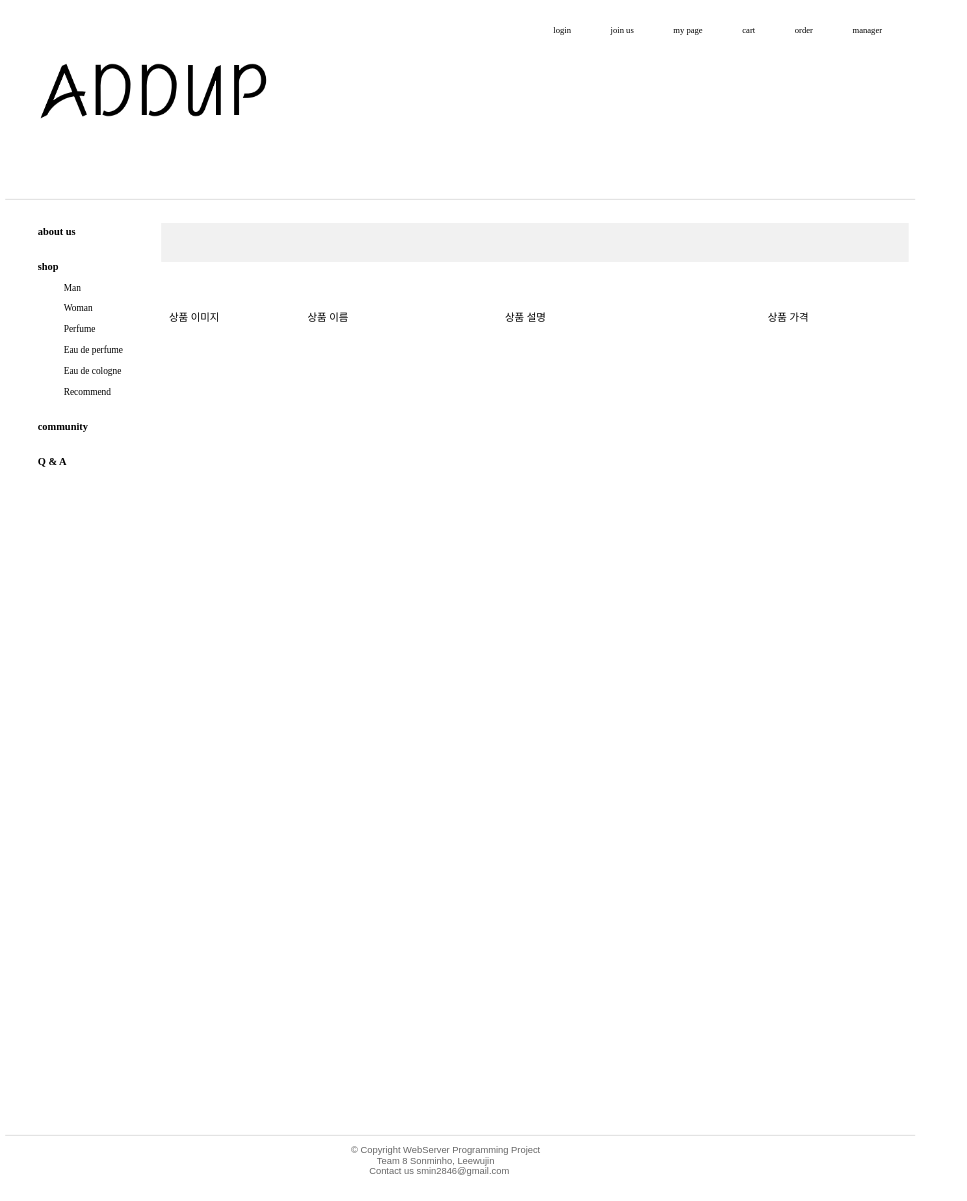
Repository: sonminho/aos
Page: http://localhost/addup_perfume/product_man.jsp
An editor plug-in stored every save of this project. The page is shown before and after the next save, followed by the edit.
The browser window is 1280 px wide. The page is 1488 px wide, so the pictures cover 1488 px, including what lies to the right of the window. The pictures show the whole page, at 65% of full size.
The page is served by Tomcat 9. Other server files are loaded and not shown.

Above is the page before, as saved 2017-12-05 10:37:34.

### Webserver/addup_perfume/WebContent/product_man.jsp
<%@ page language="java" contentType="text/html; charset=EUC-KR"
    pageEncoding="UTF-8"%>
<!DOCTYPE html PUBLIC "-//W3C//DTD HTML 4.01 Transitional//EN" "http://www.w3.org/TR/html4/loose.dtd">
<html>
<head>
<meta http-equiv="Content-Type" content="text/html; charset=EUC-KR">
<title>Addup 향수</title>
<style>
html, body{
	width:100%;
	height:100%;
}
#wrap{
	width:1400px;
	height:100%;
	margin:0px auto;
}
body > #wrap{
	height:auto;
	min-height:100%;
}
#header{
	position:relative;
	padding-bottom:70px;
	border-bottom:1px solid #cccccc;
}
.logo{
	padding: 32px 0 12px 40px;
}
.logo img{
	margin-top:30px;
}
.topnav{
	position:absolute;
	right:30px;
	top:2px;
}
.topnav dd{
	float:left;
	font-size:12px;
	padding-right:11px;
	margin-right:10px;
}
.topnav dd a{
	color:black;
	font-size:1.1em;
	text-decoration:none;
}
.topnav dd a:hover{
	color:gray;
	text-decoration:underline;
}
#mainnav{
	display:block;
	padding-top:30px;
	padding-left:50px;
	width:200px;
	float:left;
}
#mainnav dl{
	display:block;
	font:'Nanum Gothic', sans-serif;
	margin-top:10px;
	margin-bottom:36px;
}
#mainnav dt{
	color:black;
	font-weight:bold;
	font-size:16px;
}
#mainnav dt a{
	color:black;
	text-decoration:none;
}
#mainnav dt a:hover{
	color:gray;
	text-decoration:line-through;
}
#mainnav dd{
	display:block;
	margin-top:15px;
}
#mainnav dd a{
	color:black;
	font-size:0.9em;
	text-decoration:none;
}
#mainnav dd a:hover{
	color:gray;
	text-decoration:underline;
}
#container{
	width:100%;
	position:relative;
	padding-bottom:440px;
	height:1100px;
	*zoom: 1;

}
#container:after{
	content:'';
	display:block;
	clear:both;
}
#content{
	display:block;
	position:absolute;
	float:right;
	left:150px;
	padding:30px;
}
#footer{
	position:relative;
	margin-top:-101px;
	background-color:#fff;
}
#footer .footerArea{
	border-top: 1px solid #cccccc;
	padding: 0;
	width: 1400px;
	height: 100px;
	margin: 0 auto;
	color: #666;
	font-size: 0.9em;
	*zoom: 1;
}
#footer .footerArea:after{
	content: '';
	display: block;
	clear: both;
}
#footer .copy{
	margin-left:38%;
	font-family: 'Nanum Gothic', sans-serif;
}
#content{
	padding:20px 90px;
	floate:right;
	width:1150px;
}
#content ul{
	padding:30px 50px;
	background: #f1f1f1;
	list-style:none;
}
#product_list{
	width:1200px;
	height:600px;
	margin-top:60px;
}


</style>
</head>
<body>
<div id="wrap">
	<div id="header">
		<h1 class="logo"><a href="index.jsp"><img src="img/logo.png"/></a></h1>
		<dl class="topnav">
			<dd><a href="login.jsp">login</a></dd>
			<dd><a href="#">join us</a></dd>
			<dd><a href="#">my page</a></dd>
			<dd><a href="#">cart</a></dd>
			<dd><a href="#">order</a></dd>
			<dd><a href="manager_login.jsp">manager</a></dd>
		</dl>
	</div> <!-- header -->

	<div id="container">
		<div id="mainnav">
			<dl class="category_about_us">
				<dt><a href="#">about us</a></dt>
			</dl>
			<dl class="category_shop">
				<dt><a href="#">shop</a></dt>
				<dd><a href="#">Man</a></dd>
				<dd><a href="#">Woman</a></dd>
				<dd><a href="#">Perfume</a></dd>
				<dd><a href="#">Eau de perfume</a></dd>
				<dd><a href="#">Eau de cologne</a></dd>
				<dd><a href="#">Recommend</a></dd>
			</dl>
			<dl class="category_community">
				<dt><a href="#">community</a></dt>
			</dl>
			<dl class="category_qna">
				<dt><a href="#">Q & A</a></dt>
			</dl>
		</div> <!-- mainnav -->
		<div id="content">
			<ul>
				<li></li>
			</ul>
			<div id="product_list">
			<table>
				<tr>
					<td style="width:200px; padding:10px">상품 이미지</td>
					<td style="width:300px;">상품 이름</td>
					<td style="width:400px;">상품 설명</td>
					<td style="width:220px;">상품 가격</td>
				</tr>
			</table>
		</div>
		</div>
	</div> <!-- container -->
</div> <!-- wrap -->

<div id="footer">
	<div class="footerArea">
		<p class="copy">
			&copy; Copyright WebServer Programming Project <br>
			&nbsp; &nbsp; &nbsp; &nbsp; &nbsp; Team 8 Sonminho, Leewujin <br>
			&nbsp; &nbsp; &nbsp; &nbsp;Contact us smin2846@gmail.com
		</p>
	</div>
</div>
</body>
</html>

After the next save:
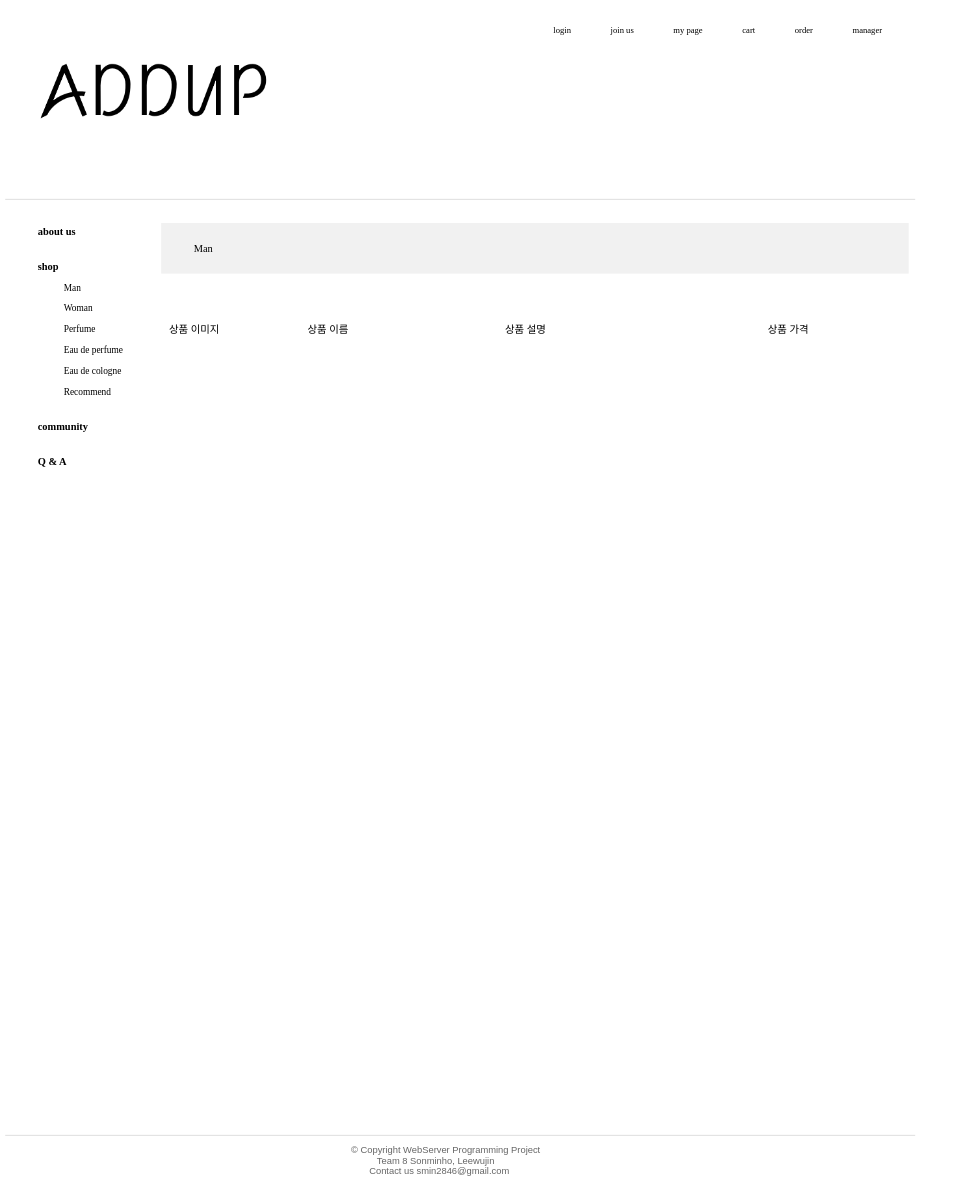
Saved 66 s later.
--- a/Webserver/addup_perfume/WebContent/product_man.jsp
+++ b/Webserver/addup_perfume/WebContent/product_man.jsp
@@ -189,7 +189,7 @@
 		</div> <!-- mainnav -->
 		<div id="content">
 			<ul>
-				<li></li>
+				<li>Man</li>
 			</ul>
 			<div id="product_list">
 			<table>
